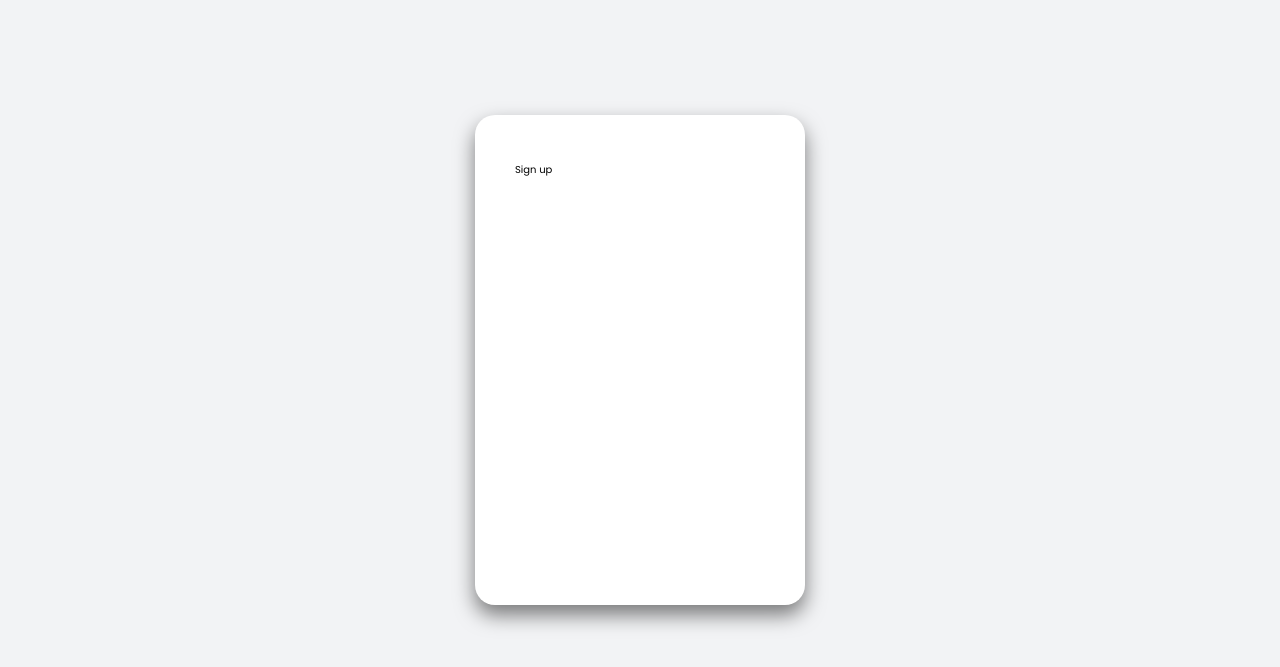
Repository: TranMinhMan040702/practice_html-css
Page: form-login/index.html
An editor plug-in stored every save of this project. The page is shown before and after the next save, followed by the edit.
The browser window is 1280 px wide. The pictures show the whole page.
Some web libraries are served in a nearby version.

Above is the page before, as saved 2022-08-24 12:42:08.

### form-login/index.html
<!DOCTYPE html>
<html lang="en">
<head>
    <meta charset="UTF-8">
    <meta http-equiv="X-UA-Compatible" content="IE=edge">
    <meta name="viewport" content="width=device-width, initial-scale=1.0">
    <link href="https://fonts.googleapis.com/css2?family=Poppins:wght@300;400;600&display=swap" rel="stylesheet">
    <link rel="stylesheet" href="https://cdnjs.cloudflare.com/ajax/libs/font-awesome/6.1.2/css/all.min.css" integrity="sha512-1sCRPdkRXhBV2PBLUdRb4tMg1w2YPf37qatUFeS7zlBy7jJI8Lf4VHwWfZZfpXtYSLy85pkm9GaYVYMfw5BC1A==" crossorigin="anonymous" referrerpolicy="no-referrer" />
    <title>Sign up</title>
    <link rel="stylesheet" href="reset.css">
    <link rel="stylesheet" href="main.css">
</head>
<body>
    <div class="singup">
        <div class="signup-heading">
            <h1>Sign up</h1>
        </div>
    </div>
</body>
</html>

### form-login/reset.css
html,
body,
div,
span,
applet,
object,
iframe,
h1,
h2,
h3,
h4,
h5,
h6,
p,
blockquote,
pre,
a,
abbr,
acronym,
address,
big,
cite,
code,
del,
dfn,
em,
img,
ins,
kbd,
q,
s,
samp,
small,
strike,
strong,
sub,
sup,
tt,
var,
b,
u,
i,
center,
dl,
dt,
dd,
ol,
ul,
li,
fieldset,
form,
label,
legend,
table,
caption,
tbody,
tfoot,
thead,
tr,
th,
td,
article,
aside,
canvas,
details,
embed,
figure,
figcaption,
footer,
header,
hgroup,
menu,
nav,
output,
ruby,
section,
summary,
time,
mark,
audio,
video {
  margin: 0;
  padding: 0;
  border: 0;
  font-size: 100%;
  font: inherit;
  vertical-align: baseline;
}
/* HTML5 display-role reset for older browsers */
article,
aside,
details,
figcaption,
figure,
footer,
header,
hgroup,
menu,
nav,
section {
  display: block;
}
body {
  line-height: 1;
}
ol,
ul {
  list-style: none;
}
blockquote,
q {
  quotes: none;
}
blockquote:before,
blockquote:after,
q:before,
q:after {
  content: "";
  content: none;
}
table {
  border-collapse: collapse;
  border-spacing: 0;
}

### form-login/main.css
html {
    font-size: 62.5%;
    font-family: "Poppins", sans-serif;
}

* {
    box-sizing: border-box;
}

body {
    width: 100%;
    height: 100vh;
    background-color: #f2f3f5;
    display: flex;
    justify-content: center;
    align-items: center;
}

.singup {
    max-width: 330px;
    width: 100%;
    height: 490px;
    background-color: #fff;
    padding: 50px 40px;
    border-radius: 20px;
    box-shadow: 0px 10px 20px rgba(0, 0, 0, 0.5);
}

.signup-heading {

}

After the next save:
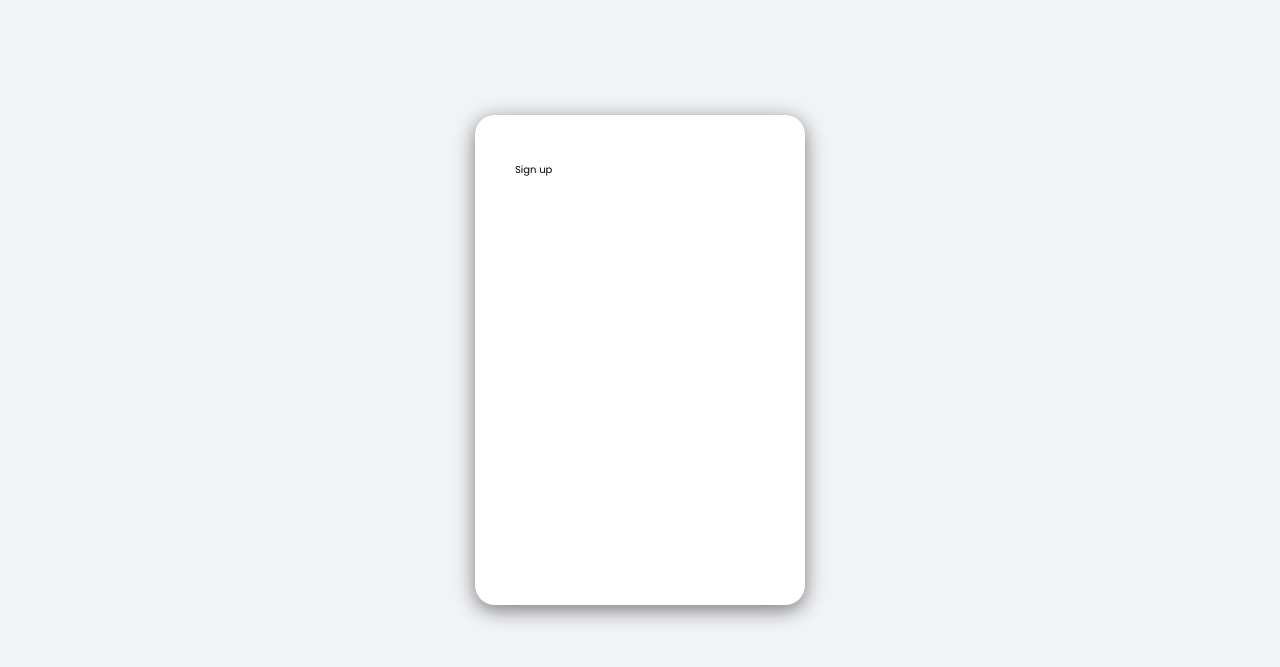
Saved 9 s later.
--- a/form-login/main.css
+++ b/form-login/main.css
@@ -23,7 +23,7 @@ body {
     background-color: #fff;
     padding: 50px 40px;
     border-radius: 20px;
-    box-shadow: 0px 10px 20px rgba(0, 0, 0, 0.5);
+    box-shadow: 0px 5px 20px rgba(0, 0, 0, 0.5);
 }
 
 .signup-heading {
